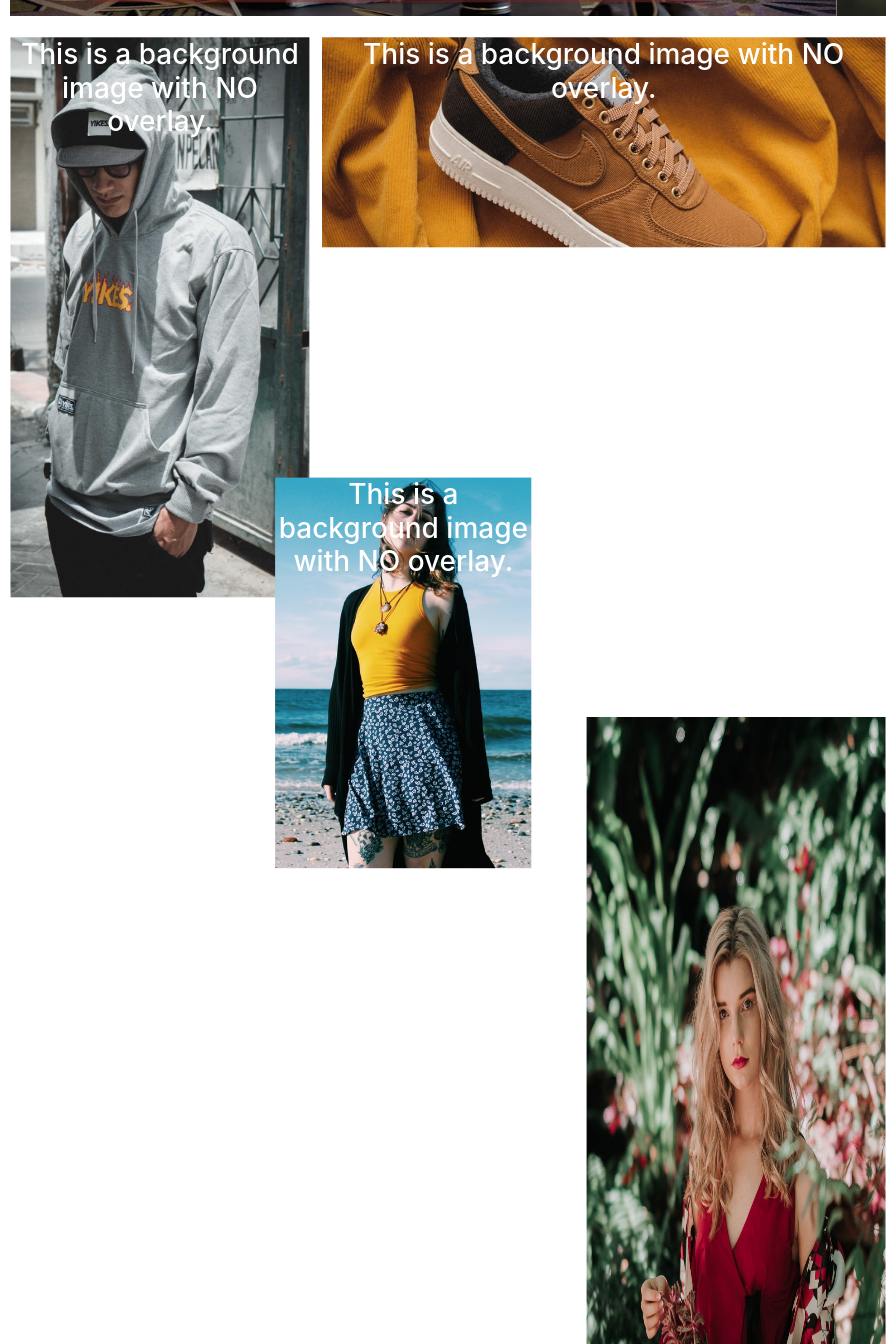
Repository: Ajtheult/Luma-Challenge-Site
Page: /
These files come from the project's save history. The page is drawn as it stood at one moment and after the next save; the edit follows.
The browser window is 1280 px wide. The pictures show the part of the page from y = 586 to 2506 px (the page is 3764 px tall), at 70% of full size.
The project was rebuilt for these pictures with package versions that can differ from the ones it lists, and the page was loaded fresh each time.

Above is the page before, as saved 2020-08-31 12:06:28.

### public/index.html
<!DOCTYPE html>
<html lang="en">
  <head>
    <meta charset="utf-8" />
    <link rel="icon" href="%PUBLIC_URL%/favicon.ico" />
    <meta name="viewport" content="width=device-width, initial-scale=1" />
    <meta name="theme-color" content="#000000" />
    <meta
      name="description"
      content="Web site created using create-react-app"
    />

    <link rel="manifest" href="%PUBLIC_URL%/manifest.json" />
    <!-- Font Awesome -->
    <link
      rel="stylesheet"
      href="https://use.fontawesome.com/releases/v5.7.2/css/all.css"
      integrity="sha384-fnmOCqbTlWIlj8LyTjo7mOUStjsKC4pOpQbqyi7RrhN7udi9RwhKkMHpvLbHG9Sr"
      crossorigin="anonymous"
    />
    <!-- Font Awesome -->
    <title>E-complete</title>
  </head>
  <body>
    <noscript>You need to enable JavaScript to run this app.</noscript>
    <div id="root"></div>
  </body>
</html>

### src/App.js
import React from "react";

// Imported modules
import { BrowserRouter as Router, Switch, Route } from "react-router-dom";
// Imported modules

// Imported pages
import Home from "./components/layout/pages/Home";
// Imported pages

// Global css
import "./App.css";
// Global css

function App() {
  return (
    <Router>
      <div className="App">
        <Switch>
          <Route exact path="/" component={Home} />
        </Switch>
      </div>
    </Router>
  );
}

export default App;

### src/components/layout/pages/Home.js
import React from "react";
import Navbar from "../nav/Navbar";
import Container from "react-bootstrap/Container";
import Row from "react-bootstrap/Row";
import Col from "react-bootstrap/Col";
import Carousel from "react-bootstrap/Carousel";
// Images
import yoga from "../resources/yoga.jpg";
import yogatwo from "../resources/yoga-two.jpg";
import yogathree from "../resources/yoga-three.jpg";

import shoe from "../resources/shoe.jpg";
import hoodie from "../resources/hoodie.jpg";
import beach from "../resources/beach.jpg";
import garden from "../resources/garden.jpg";
import forest from "../resources/forest.jpg";

import "./Home.css";

const Home = () => {
  return (
    <div>
      <Navbar />
      <Container fluid>
        <Row>
          <Col>
            {/* Carousel */}
            <Carousel>
              <Carousel.Item>
                <img
                  className="d-block w-100 top_size"
                  src={yoga}
                  alt="First slide"
                />
                <Carousel.Caption>
                  <h3>New ULT yoga collection</h3>
                  <p>Clothing that is perfect for zen sessions</p>
                </Carousel.Caption>
              </Carousel.Item>
              <Carousel.Item>
                <img
                  className="d-block w-100 top_size"
                  src={yogatwo}
                  alt="Third slide"
                />

                <Carousel.Caption>
                  <h3>New ULT yoga collection</h3>
                  <p>Beautiful bracelets to fit the look</p>
                </Carousel.Caption>
              </Carousel.Item>
              <Carousel.Item>
                <img
                  className="d-block w-100 top_size"
                  src={yogathree}
                  alt="Third slide"
                />

                <Carousel.Caption>
                  <h3>New ULT yoga collection</h3>
                  <p>Be happy...like her...don't you wanna be happy?</p>
                </Carousel.Caption>
              </Carousel.Item>
            </Carousel>
          </Col>
        </Row>
        <Row>
          <Col>
            <div class="container bg-no-overlay">
              <div class="row text-center">
                <h1>This is a background image with NO overlay.</h1>
              </div>
            </div>
          </Col>
          <Col>
            <div class="container bg-no-overlay-two">
              <div class="row text-center">
                <h1>This is a background image with NO overlay.</h1>
              </div>
            </div>
          </Col>
        </Row>
        <Row>
          <Col>
            <div class="container bg-no-overlay-three">
              <div class="row text-center">
                <h1>This is a background image with NO overlay.</h1>
              </div>
            </div>
          </Col>
          <Col>
            <img src={garden} alt="hoodie" className="right_size" />
          </Col>
        </Row>
        <Row>
          <Col>
            <img src={forest} alt="hoodie" className="bottom_size" />
          </Col>
        </Row>
      </Container>
    </div>
  );
};

export default Home;

### src/components/layout/nav/Navbar.js
import React from "react";
import Nav from "react-bootstrap/Nav";

import Form from "react-bootstrap/Form";

import "./Navbar.css";

const Navbar = () => {
  return (
    <div>
      <Nav className="justify-content-left" activeKey="/home">
        <Nav.Link href="/home">
          <img
            src="https://images.unsplash.com/photo-1462899006636-339e08d1844e?ixlib=rb-1.2.1&ixid=eyJhcHBfaWQiOjEyMDd9&auto=format&fit=crop&w=1050&q=80"
            alt="logo"
            className="logo"
          />
        </Nav.Link>
        <h6 className="logo-text">ULT</h6>
        <Nav.Link className="search_bar">
          {" "}
          <Form>
            <Form.Row>
              <Form.Group>
                <Form.Control
                  className="search_bar"
                  type="search"
                  placeholder="Search engine store here... "
                />
              </Form.Group>
            </Form.Row>
          </Form>
        </Nav.Link>
        <Nav.Link></Nav.Link>
        <i class="fas fa-shopping-cart icon"></i>
      </Nav>
      <Nav className="justify-content-left bottom_nav" activeKey="/home">
        <Nav.Item>
          <Nav.Link href="#" className="colour_of_nav_text">
            What's New
          </Nav.Link>
        </Nav.Item>
        <Nav.Item>
          <Nav.Link href="#" className="colour_of_nav_text">
            Women
          </Nav.Link>
        </Nav.Item>
        <Nav.Item>
          <Nav.Link href="#" className="colour_of_nav_text">
            Men
          </Nav.Link>
        </Nav.Item>
        <Nav.Item>
          <Nav.Link href="#" className="colour_of_nav_text">
            Gear
          </Nav.Link>
        </Nav.Item>
        <Nav.Item>
          <Nav.Link href="#" className="colour_of_nav_text">
            Training
          </Nav.Link>
        </Nav.Item>
        <Nav.Item>
          <Nav.Link href="#" className="colour_of_nav_text">
            Sale
          </Nav.Link>
        </Nav.Item>
      </Nav>
    </div>
  );
};

export default Navbar;

### src/components/layout/pages/Home.css
.top_size {
  width: 100%;
  height: 500px;
  margin-top: 1%;
}

.bg-no-overlay {
  /* Left */
  background: url("../resources/hoodie.jpg");
  background-repeat: no-repeat;
  background-size: cover;
  background-position: center center;
  color: #fff;
  float: left;
  width: 70%;
  height: 800px;
  margin-top: 5%;
}

.bg-no-overlay-two {
  /* top */
  background: url("../resources/shoe.jpg");
  background-repeat: no-repeat;
  background-size: cover;
  background-position: center center;
  color: #fff;
  width: 132%;
  height: 300px;
  margin-top: 5%;
  float: right;
}

.bg-no-overlay-three {
  /* middle */
  background: url("../resources/beach.jpg");
  background-repeat: no-repeat;
  background-size: cover;
  background-position: center center;
  color: #fff;
  width: 60%;
  height: 70%;
  margin-top: -28%;
  margin-right: -22%;
  float: right;
}

.right_size {
  width: 70%;
  height: 157.5%;
  margin-top: 28%;
  margin-left: 20%;
  float: right;
  z-index: -1;
}

.bottom_size {
  width: 64.8%;
  height: 150%;
  margin-top: 23%;
  margin-left: -35.5%;
  z-index: -1;
}

.carousel-caption {
  background-color: rgba(129, 41, 41, 0.493);
  width: 70%;
}

### src/components/layout/nav/Navbar.css
.bottom_nav {
  background-color: rgb(233, 224, 224);
  margin-top: -10px;
}

.colour_of_nav_text {
  color: black;
  font-size: 80%;
}

.logo {
  width: 50px;
  height: 50px;
  border-radius: 50%;
}

.logo-text {
  margin-top: 13px;
  font-size: 30px;
}

.search_bar {
  margin-left: auto;
  margin-top: 5px;
  font-size: 10px;
}

.icon {
  margin-top: 25px;
  margin-right: 20px;
  color: grey;
}

Loaded but not shown: src/index.js (common file); src/App.css (common file)

After the next save:
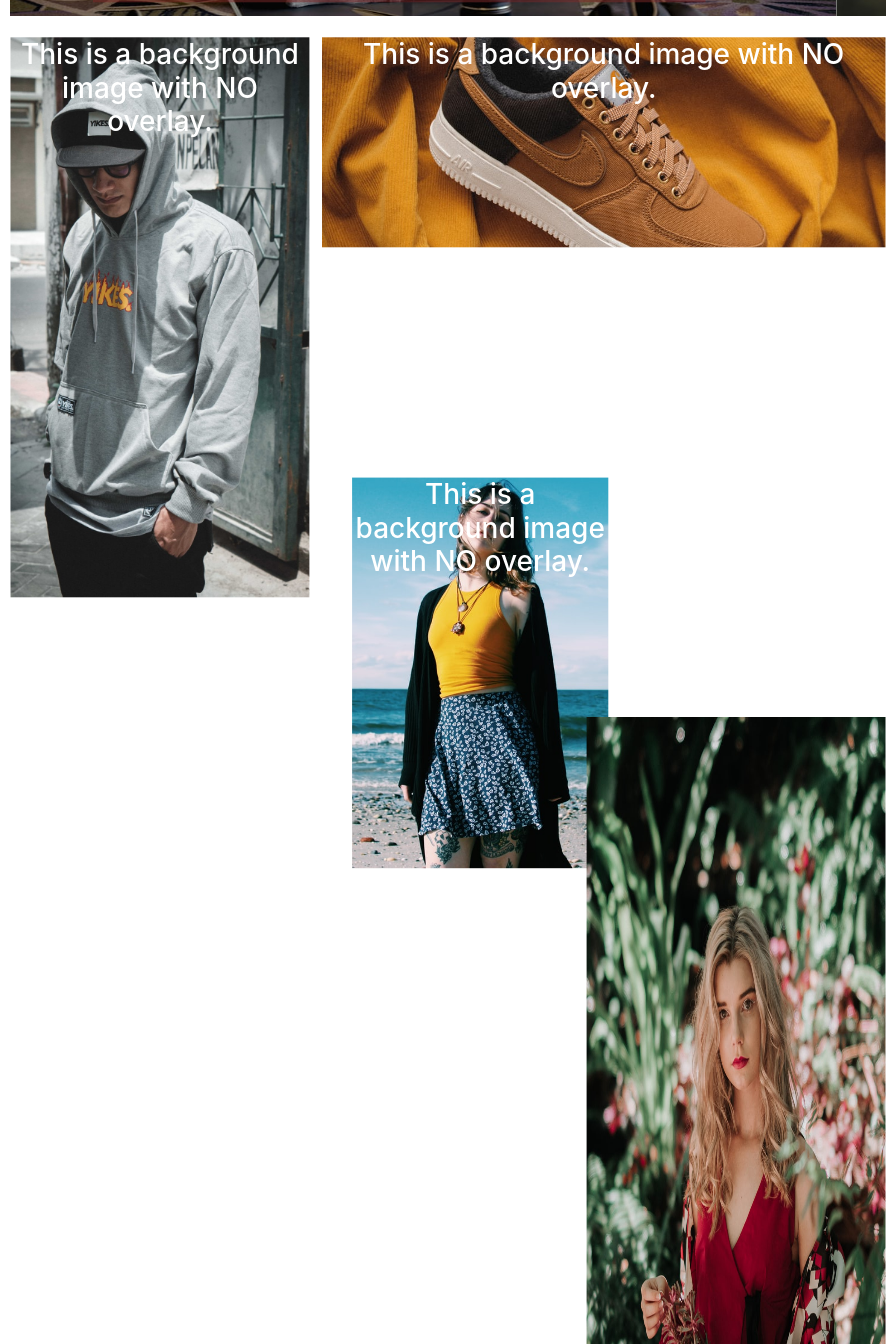
Saved 5 s later.
--- a/src/components/layout/pages/Home.css
+++ b/src/components/layout/pages/Home.css
@@ -40,7 +40,7 @@
   width: 60%;
   height: 70%;
   margin-top: -28%;
-  margin-right: -22%;
+  margin-right: -40%;
   float: right;
 }
 
